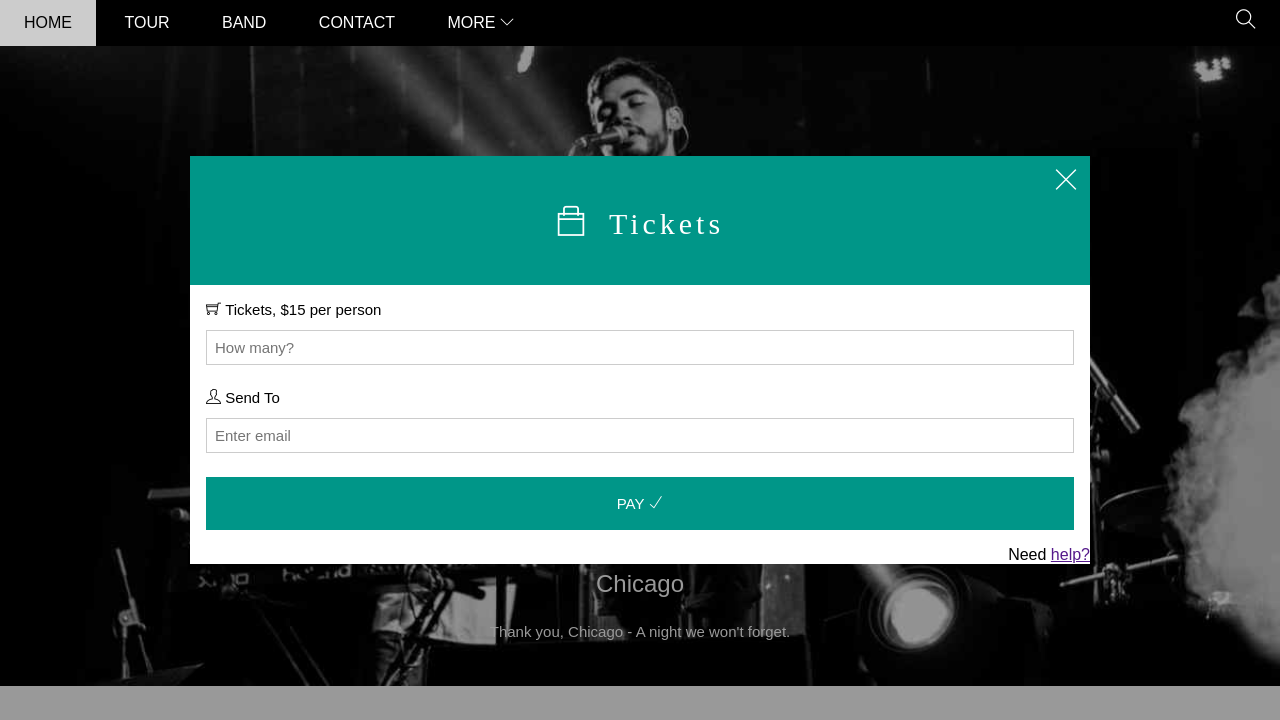
Repository: ducvui2003/LTCB
Page: index.html
These files come from the project's save history. The page is drawn as it stood at one moment and after the next save; the edit follows.
The browser window is 1280 px wide. The pictures show the window.
A layer covers the whole window, so only the first screen is drawn.

Above is the page before, as saved 2022-01-10 12:33:20.

### index.html
<!DOCTYPE html>
<html lang="en">

<head>
    <meta charset="UTF-8">
    <meta http-equiv="X-UA-Compatible" content="IE=edge">
    <meta name="viewport" content="width=device-width, initial-scale=1.0">
    <title>The Band W3_School</title>
    <link rel="stylesheet" href="./assest/Css/styles.css">
    <link rel="stylesheet" href="./assest/Fonts/themify-icons-font (1)/themify-icons/themify-icons.css">
</head>

<body>
    <div id="main">
        <!-- Begin: Header -->
        <div id="header">
            <!-- Begin: Nav -->
            <ul id="nav">
                <li>
                    <a href="">Home</a>
                </li>
                <li>
                    <a href="">Tour</a>
                </li>
                <li>
                    <a href="">Band</a>
                </li>
                <li>
                    <a href="">Contact</a>
                </li>
                <li>
                    <a href="">
                        More
                        <!-- icons -->
                        <i class="nav-arrow-down ti-angle-down"></i>
                    </a>
                    <ul class="subnav">
                        <li>
                            <a href="">Merchandise</a>
                        </li>
                        <li>
                            <a href="">Extras</a>
                        </li>
                        <li>
                            <a href="">Media</a>
                        </li>
                    </ul>
                </li>
            </ul>
            <!-- End: Nav -->
            <!-- Begin: Search button -->
            <div class="search-button">
                <i class="search-icon ti-search"></i>
            </div>
            <!-- End: Search button -->
        </div>
        <!-- End: Header -->

        <!-- Begin: Slides -->
        <div id="slides">
            <div class="text-content">
                <h2 class="text-heading">Chicago</h2>
                <div class="text-paragraph">Thank you, Chicago - A night we won't forget.
                </div>
            </div>
        </div>
        <!-- End: Slides -->

        <!-- Begin: Content -->
        <div id="content">

            <!-- About section -->
            <div class="content-section">
                <h1 class="section-heading">The Band</h1>
                <p class="section-sub-heading">We love music

                </p>
                <p class="content-text">We have created a fictional band website. Lorem ipsum dolor sit amet, consectetur adipiscing elit, sed do eiusmod tempor incididunt ut labore et dolore magna aliqua. Ut enim ad minim veniam, quis nostrud exercitation ullamco laboris nisi
                    ut aliquip ex ea commodo consequat. Duis aute irure dolor in reprehenderit in voluptate velit esse cillum dolore eu fugiat nulla pariatur. Excepteur sint occaecat cupidatat non proident, sunt in culpa qui officia deserunt mollit anim
                    id est laborum consectetur adipiscing elit, sed do eiusmod tempor incididunt ut labore et dolore magna aliqua. Ut enim ad minim veniam, quis nostrud exercitation ullamco laboris nisi ut aliquip ex ea commodo consequat.</p>

                <!-- Team section -->
                <div class="member-list">
                    <div class="member-item">
                        <p class="member-name">Name</p>
                        <img src="./assest/Img/Teams/membersAvatar.jpg" alt="Name" class="member-avatar">
                    </div>

                    <div class="member-item">
                        <p class="member-name">Name</p>
                        <img src="./assest/Img/Teams/membersAvatar.jpg" alt="Name" class="member-avatar">
                    </div>

                    <div class="member-item">
                        <p class="member-name">Name</p>
                        <img src="./assest/Img/Teams/membersAvatar.jpg" alt="Name" class="member-avatar">
                    </div>
                    <div class="clear"></div>
                </div>
            </div>

            <!-- Tour section -->
            <div class="tour-section">
                <div class="content-section">
                    <h1 class=" text-white section-heading">TOUR DATES</h1>
                    <p class="text-white section-sub-heading">Remember to book your tickets!</p>

                    <!-- Ticket-list -->
                    <ul class="ticket-list">
                        <li>September<span class="sold-out">Sold out</span></li>
                        <li>October<span class="sold-out">Sold out</span></li>
                        <li>November <span class="quantity">3</span></li>
                    </ul>

                    <!-- Places -->
                    <div class="place-list">
                        <!-- Place 1 -->
                        <div class="place-ticket">
                            <img src="./assest/Img/Places/place1.jpg" alt="New York" class="place-img">
                            <div class="place-body">
                                <h3 class="place-heading">New York</h3>
                                <p class="place-time">Fri 27 Nov 2016</p>
                                <p class="place-desc">Praesent tincidunt sed tellus ut rutrum sed vitae justo.</p>
                                <a href="#" class="buy-ticket">Buy Tickets</a>
                            </div>
                        </div>
                        <!-- Place 2 -->
                        <div class="place-ticket">
                            <img src="./assest/Img/Places/place2.jpg" alt="Paris" class="place-img">
                            <div class="place-body">
                                <h3 class="place-heading">Paris</h3>
                                <p class="place-time">Sat 28 Nov 2016</p>
                                <p class="place-desc">Praesent tincidunt sed tellus ut rutrum sed vitae justo.</p>
                                <a href="#" class="buy-ticket">Buy Tickets</a>
                            </div>
                        </div>
                        <!-- Place 3 -->
                        <div class="place-ticket">
                            <img src="./assest/Img/Places/place3.jpg" alt="San Francisco" class="place-img">
                            <div class="place-body">
                                <h3 class="place-heading">San Francisco</h3>
                                <p class="place-time">Sun 29 Nov 2016</p>
                                <p class="place-desc">Praesent tincidunt sed tellus ut rutrum sed vitae justo.</p>
                                <a href="#" class="buy-ticket">Buy Tickets</a>
                            </div>
                        </div>
                        <div class="clear"></div>
                    </div>
                </div>
            </div>

            <!-- Contact section -->
            <div class="content-section">
                <h1 class="section-heading">CONTACT</h1>
                <p class="section-sub-heading">Fan? Drop a note! </p>

            </div>

            <!-- End: Content -->
            <div id="footer"></div>
        </div>
    </div>

    <!-- Modal -->
    <div class="modal">

        <div class="modal-container">
            <div class="modal-close">
                <ti class="ti-close"></ti>
            </div>

            <!-- Thẻ header dùng y như thẻ div -->
            <header class="heading-modal">
                <i class="ti-bag">
            Tickets
            </i>
            </header>

            <div class="modal-body">
                <!-- quantity is id of input, it help user focus in label -->
                <label for="ticket-quantity" class="modal-label">
                    <i class="ti-shopping-cart"></i>
                    Tickets, $15 per person
                </label>
                <input id="ticket-quantity" type="text" class="modal-input" placeholder="How many?">

                <!-- quantity is id of input, it help user focus in label -->
                <label for="ticket-email" class="modal-label">
                    <i class="ti-user"></i>
                    Send To
                </label>
                <input id="ticket-email" type="email" class="modal-input" placeholder="Enter email">
                <button class="pay-ticket">
                    Pay
                    <i class="ti-check">
                    </i>
                </button>
            </div>

            <footer class="modal-footer">
                <p class="modal-help">Need <a href="">help?</a></p>
            </footer>
        </div>
    </div>

</body>

</html>

### assest/Css/styles.css
* {
    padding: 0;
    margin: 0;
    box-sizing: border-box;
}

html {
    font-family: Arial, Helvetica, sans-serif;
}

.clear {
    clear: both;
}


/* Dung cho chu mau trang */

.text-white {
    color: white !important;
}

#main {}

#header {
    position: fixed;
    top: 0;
    right: 0;
    left: 0;
    /* fixed đang nổi lên nó sẽ nhường vị trí cho div slides tiếp theo */
    height: 46px;
    background-color: black;
    z-index: 1;
    /* dùng để thêm vào thẻ fixed nhằm đẩy block lên trên các block khác theo chiều cao, giá trị là 0, 1,... */
}

#nav {
    display: inline-block;
    /* display để thẻ nav chỉ dài đúng nội dung của nó thôi */
}

#nav,
.subnav {
    list-style: none;
}

#nav>li {
    display: inline-block;
}

#nav li {
    position: relative;
}

#nav>li>a {
    color: white;
    text-transform: uppercase;
    /* chinh chu thuong thanh hoa */
}

#nav li a {
    text-decoration: none;
    line-height: 46px;
    padding: 0 24px;
    display: block;
}

#nav li:hover .subnav {
    display: block;
}

#nav>li:hover>a,
#nav .subnav li:hover a {
    background-color: #ccc;
    color: black;
}

#nav li:hover a {
    /* line-height: 46px; */
}

#nav .subnav {
    display: none;
    position: absolute;
    top: 46px;
    background-color: #fff;
    box-shadow: 0 0 10px rgba(0, 0, 0, 0.3);
}

#nav .subnav li a {
    color: black;
    padding: 0 16px;
    line-height: 38px;
    width: 160px;
}

#nav .nav-arrow-down {
    font-size: 14px;
}

#header .search-button {
    float: right;
    /* thẻ search-button là thẻ div, có tính kế thừa chiều ngang, nên khi float vào sẽ vô hiệu hoá tính kế thừa chiều ngang đó */
    line-height: 46px;
    padding: 0 24px;
}

#header .search-button:hover {
    background-color: #f44336;
    cursor: pointer;
    /* Dùng để thay đổi con trỏ chuột khi di vào */
}

#header .search-icon {
    color: white;
    font-size: 20px;
}

#slides {
    /* min-height: 1000px; */
    /* background-color: pink; */
    margin-top: 46px;
    padding-top: 50%;
    /* 50% chieu ngang cua chinh the do */
    background: url('/assest/Img/Slides/ChicagoPicture.jpg') top center / cover no-repeat;
    /* shorthand */
    position: relative;
}

#slides .text-content {
    position: absolute;
    bottom: 46px;
    left: 50%;
    /* Cách lề trái 50% chiều ngang */
    transform: translateX(-50%);
    /* Dùng để lùi thẻ theo trục X 50% chiều dài -> Mục đích kết hợp vs transform để căn giữa block */
    color: white;
    text-align: center;
    /* Dùng để căn giữa content, ko dùng để căn block */
    /* cách 2: Thêm width: 100% */
    /* /* cách 3 left: 0 right: 0; */
}

#slides .text-heading {
    font-weight: 500;
    /* dùng để điều chỉnh lại độ dày của chữ, giá trị từ 100-1000  */
    font-size: 24px;
    margin-bottom: 25px;
}

#slides .text-paragraph {
    font-size: 15px;
}

#content {}

#content .content-section {
    width: 800px;
    padding: 64px 0;
    margin-left: auto;
    margin-right: auto;
}

#content .section-heading {
    font-size: 30px;
    font-weight: 500;
    text-align: center;
    letter-spacing: 4px;
}

#content .section-sub-heading {
    font-size: 15px;
    text-align: center;
    margin-top: 25px;
    font-style: italic;
    opacity: 0.5;
}

#content .content-text {
    font-size: 15px;
    margin-top: 25px;
    text-align: justify;
    /* Can deu van ban */
    line-height: 1.4;
    /* Khoang cach giua 2 hang chu */
}

#content .member-list {
    margin-top: 48px;
    /* overflow: hidden; */
}

#content .member-item {
    float: left;
    width: calc(100% /3);
    text-align: center;
    /* Can hinh voi chu */
}

#content .member-name {
    font-size: 15px;
}

#content .member-avatar {
    margin-top: 15px;
    width: 154px;
    /* Dung the <img> thì chỉ cần đặt 1 chiều */
    border-radius: 4px;
    /* Dùng để tạo bo góc của ảnh */
}


/* Tour-section */

#content .tour-section {
    background-color: black;
}


/* Ticket-list */

.ticket-list {
    background-color: white;
    margin-top: 40px;
}

.ticket-list li {
    font-size: 15px;
    padding: 11px 16px;
    border-bottom: 1px solid #ddd;
    color: #757575;
    list-style: none;
}

.ticket-list .sold-out {
    color: white;
    background-color: #f44336;
    margin-left: 16px;
    padding: 3px 4px;
}

.ticket-list .quantity {
    float: right;
    width: 24px;
    height: 24px;
    border-radius: 50%;
    /* Tao bop goc deu de co hinh tron */
    text-align: center;
    line-height: 24px;
    background-color: black;
    color: white;
    margin: -2px;
    /* Có thẻ float nên có thuộc tính block -> xét đc width, height, dùng đc margin (-) */
}


/* Plac-list */

.place-list {
    margin: 32px -8px 0px -8px;
    padding-bottom: 48px;
}

.place-ticket {
    float: left;
    width: calc(100% / 3);
    padding: 0 8px;
}

.place-img {
    width: 100%;
    display: block;
}

.place-img:hover {
    opacity: 0.6;
}

.place-body {
    background-color: white;
    padding: 16px;
    font-size: 15px;
    /* font-size có tính kế thừa */
}

.place-heading {
    font-size: 15px;
    font-weight: 600;
}

.place-time {
    margin-top: 15px;
    color: #757575;
}

.place-desc {
    margin-top: 15px;
    line-height: 1.4;
}

.buy-ticket {
    color: white;
    background-color: black;
    text-decoration: none;
    display: inline-block;
    padding: 11px 16px;
    margin-top: 15px;
}

.buy-ticket:hover {
    color: black;
    background-color: #ccc;
}

#footer {}


/* Modal */

.modal {
    /* Create Overlay */
    position: fixed;
    left: 0;
    right: 0;
    top: 0;
    bottom: 0;
    background-color: rgba(0, 0, 0, 0.4);
    /* Flex-box */
    display: flex;
    /* Căn items theo chiều cao */
    align-items: center;
    /* Căn items theo chiều ngang */
    justify-content: center;
}

.modal-container {
    background-color: #fff;
    width: 900px;
    min-height: 200px;
    position: relative;
}

.modal-container .modal-close {
    position: absolute;
    top: 0;
    right: 0;
    font-size: 24px;
    color: white;
    /* Make Icon large */
    padding: 12px;
}

.modal-container .modal-close:hover {
    color: black;
    background-color: #ccc;
    cursor: pointer;
    opacity: 0.8;
}

.heading-modal {
    width: 900px;
    height: 129px;
    /* flex */
    display: flex;
    align-items: center;
    justify-content: center;
    background-color: #009688;
    font-size: 30px;
    color: white;
    font-family: 'Segoe UI', Tahoma, Geneva, Verdana, sans-serif;
    letter-spacing: 4px;
}

.modal-body {
    padding: 16px;
}

.modal-label {
    display: block;
    font-size: 15px;
    margin-bottom: 12px;
}

.modal-input {
    padding: 8px;
    border: 1px solid #ccc;
    width: 100%;
    font-size: 15px;
    margin-bottom: 24px;
}

.pay-ticket {
    width: 868px;
    padding: 18px;
    background-color: #009688;
    color: white;
    font-size: 15px;
    border: 0px none;
    text-transform: uppercase;
}

.pay-ticket:hover {
    color: black;
    background-color: #ccc;
    cursor: pointer;
    opacity: 0.9;
}

.modal-footer {
    /* padding: 16px; */
    text-align: right;
}

Loaded but not shown: assest/Fonts/themify-icons-font (1)/themify-icons/themify-icons.css (common file)

After the next save:
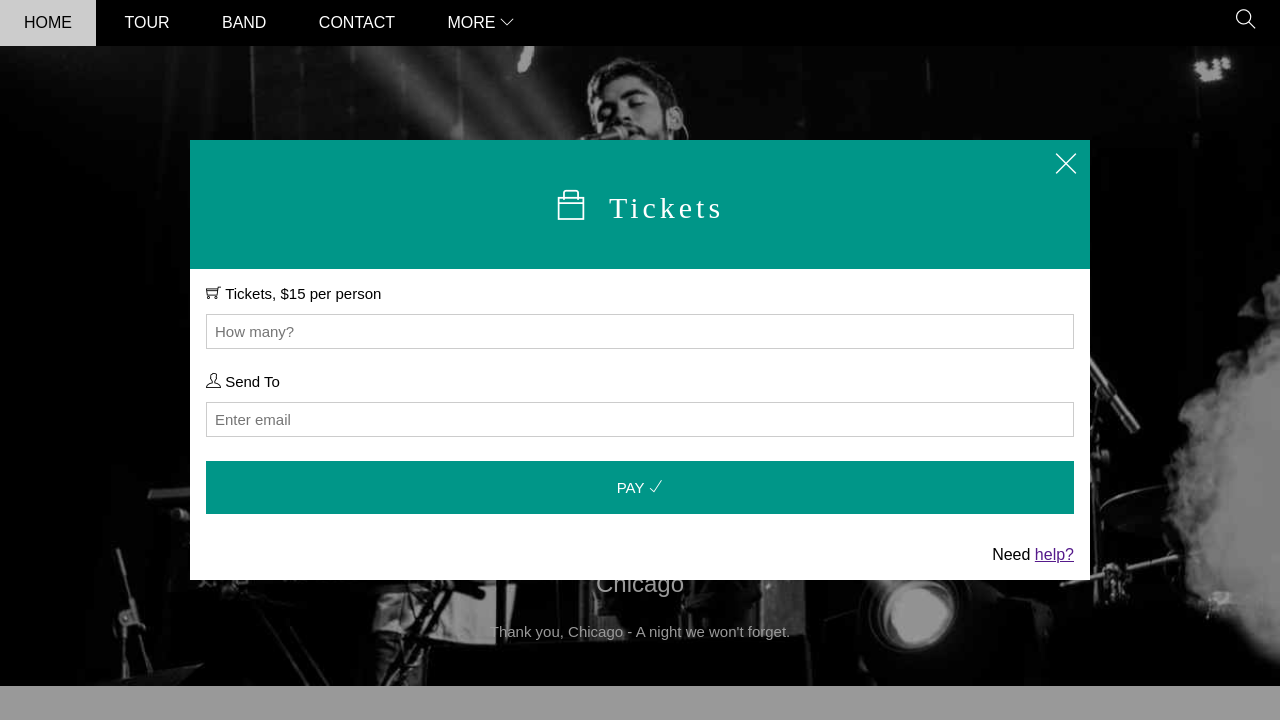
Saved 7 s later.
--- a/assest/Css/styles.css
+++ b/assest/Css/styles.css
@@ -406,6 +406,6 @@
 }
 
 .modal-footer {
-    /* padding: 16px; */
+    padding: 16px;
     text-align: right;
 }
